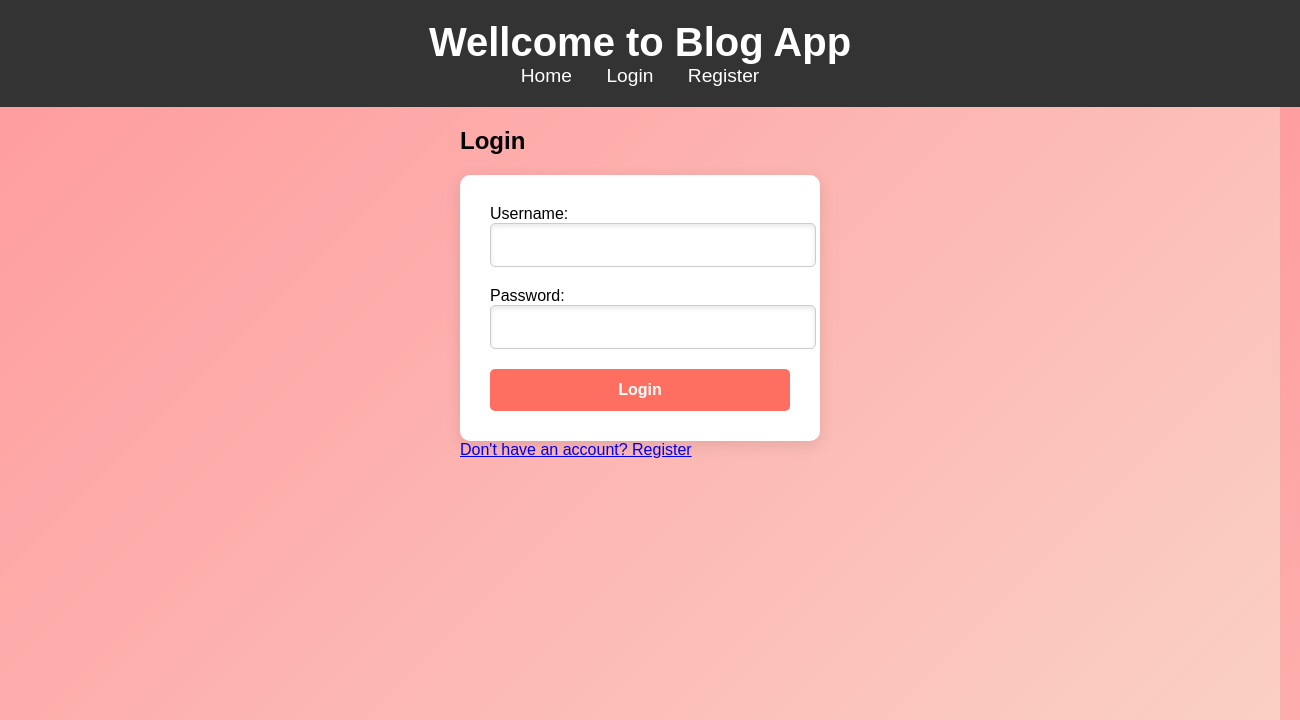
Repository: kapucuonur/blog_App
Page: users/templates/users/login.html
An editor plug-in stored every save of this project. The page is shown before and after the next save, followed by the edit.
The browser window is 1280 px wide. The page is 1300 px wide, so the pictures cover 1300 px, including what lies to the right of the window. The pictures show the whole page.
The template is drawn by Django 4.2. The application's start-up code is not run. The template is opened directly, without the code that normally fills it, so the values that code supplies are empty.

Above is the page before, as saved 2025-01-28 13:19:48.

After the next save:
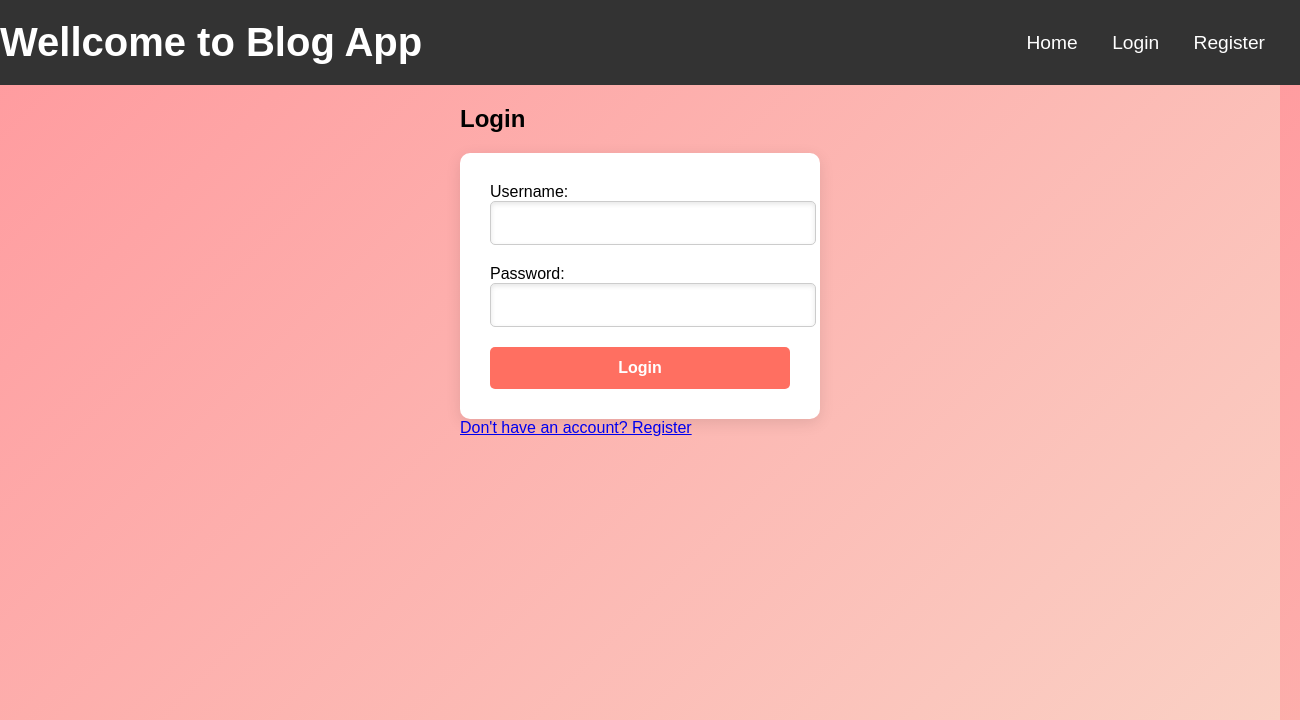
Saved 118 s later.
--- a/static/css/styles.css
+++ b/static/css/styles.css
@@ -28,7 +28,9 @@ header {
     background-color: #333;
     color: white;
     padding: 20px;
-    text-align: center;
+    display: flex;
+    justify-content: space-between;
+    align-items: center;
 }
 
 header h1 {
@@ -37,7 +39,6 @@ header h1 {
 }
 
 nav a {
-    display: inline-block;
     color: white;
     margin: 0 15px;
     text-decoration: none;
@@ -51,7 +52,7 @@ nav a:hover {
 
 /* Welcome message styling */
 .welcome-message {
-    text-align:left;
+    text-align: center;
     margin-top: 30px;
     color: #444;
 }
